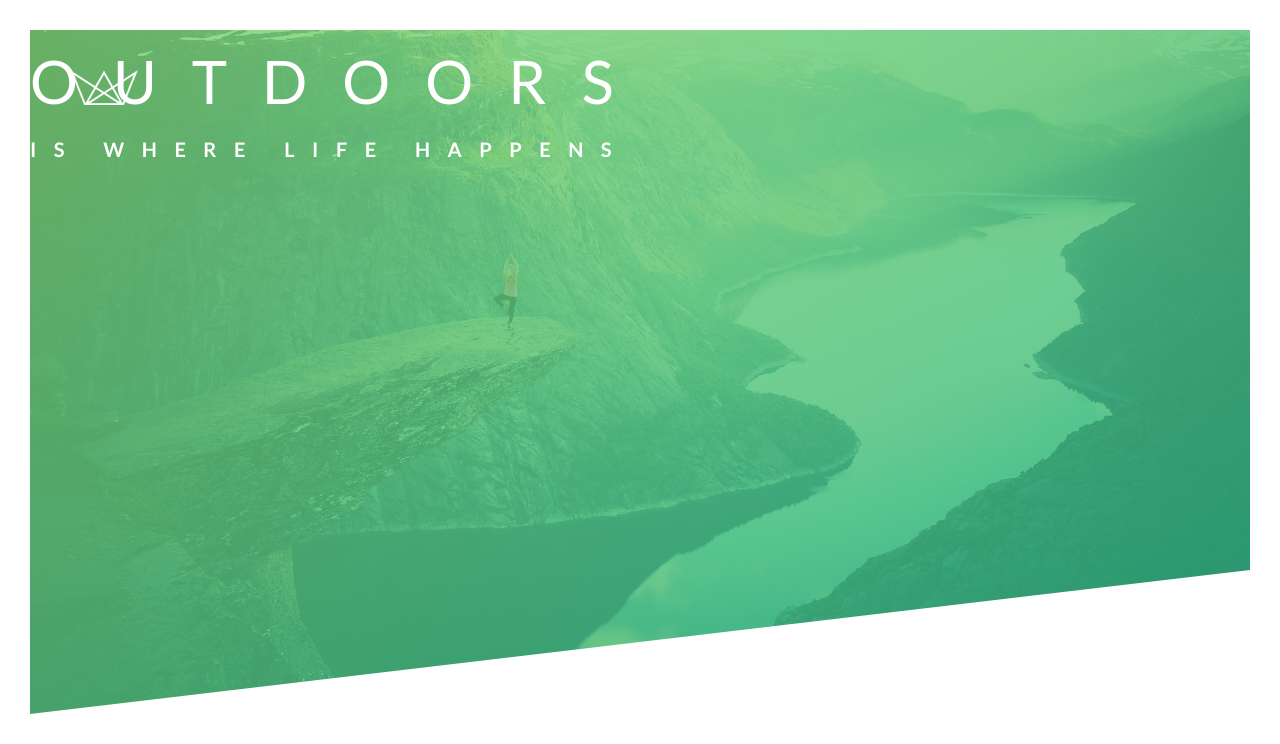
Repository: kamilluc/advanced-css-course
Page: Natours/my-implementation/index.html
These files come from the project's save history. The page is drawn as it stood at one moment and after the next save; the edit follows.
The browser window is 1280 px wide. The pictures show the whole page.

Above is the page before, as saved 2019-05-24 21:25:10.

### Natours/my-implementation/index.html
<!DOCTYPE html>
<html lang="en">
  <head>
    <meta charset="UTF-8" />
    <meta name="viewport" content="width=device-width, initial-scale=1.0" />

    <link
      href="https://fonts.googleapis.com/css?family=Lato:100,300,400,700,900"
      rel="stylesheet"
    />

    <link rel="stylesheet" href="css/icon-font.css" />
    <link rel="stylesheet" href="css/style.css" />
    <link rel="shortcut icon" type="image/png" href="img/favicon.png" />

    <title>Natours | Exciting tours for adventurous people</title>
  </head>
  <body>
    <!-- HEADER -->
    <header class="header">
      <div class="logo-box">
        <img src="img/logo-white.png" alt="logo" class="logo" />
      </div>
      <h1 class="heading-primary">
        <span class="heading-primary-main">Outdoors</span>
        <span class="heading-primary-sub">is where life happens</span>
      </h1>
    </header>
  </body>
</html>

### Natours/my-implementation/css/style.css
/*
COLORS:

Light green: #7ed56f
Medium green: #55c57a
Dark green: #28b485

*/

/* BASIC RESET, NORMALIZE COULD BE USED BUT NOT REALLY NEEDED */
*,
::before,
::after {
  margin: 0;
  padding: 0;
  box-sizing: border-box;
}

/* FONTS SETTING HERE, NOT IN * CUZ THEY ARE INHERITED */
body {
  font-family: "Lato", sans-serif;
  font-weight: 400;
  font-size: 16px;
  line-height: 1.7;
  color: #777;
  padding: 30px;
}

.header {
  height: 95vh;
  background-image: linear-gradient(
      to right bottom,
      rgba(126, 213, 111, 0.8),
      rgba(40, 180, 131, 0.8)
    ),
    url("../img/hero.jpg");
  background-size: cover;
  background-position: top;
  clip-path: polygon(0 0, 100% 0, 100% 75vh, 0 100%);
  /* AA 4CHROME */
  -webkit-backface-visibility: hidden;
  position: relative;
}

.logo-box {
  position: absolute;
  top: 40px;
  left: 40px;
}

.logo {
  height: 35px;
}
.text-box {
  display: flex;
  justify-content: center;
  align-content: center;
}
.heading-primary {
  color: white;
  text-transform: uppercase;
}
.heading-primary-main {
  display: block;
  font-size: 60px;
  font-weight: 400;
  letter-spacing: 35px;
}
.heading-primary-sub {
  display: block;
  font-size: 20px;
  font-weight: 700;
  letter-spacing: 17.5px;
}

Loaded but not shown: Natours/my-implementation/css/icon-font.css (no copy from this time; the picture is the same without it)

After the next save:
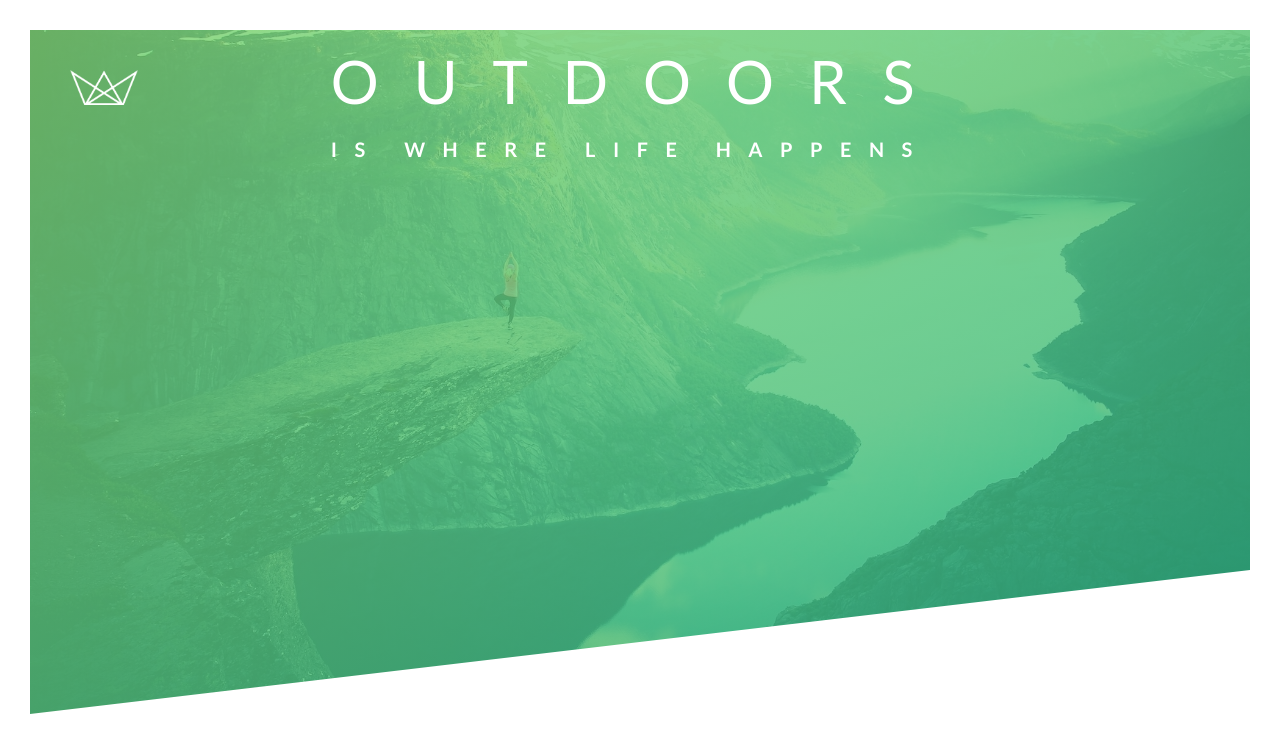
Saved 1 s later.
--- a/Natours/my-implementation/index.html
+++ b/Natours/my-implementation/index.html
@@ -21,10 +21,12 @@
       <div class="logo-box">
         <img src="img/logo-white.png" alt="logo" class="logo" />
       </div>
-      <h1 class="heading-primary">
-        <span class="heading-primary-main">Outdoors</span>
-        <span class="heading-primary-sub">is where life happens</span>
-      </h1>
+      <div class="text-box">
+        <h1 class="heading-primary">
+          <span class="heading-primary-main">Outdoors</span>
+          <span class="heading-primary-sub">is where life happens</span>
+        </h1>
+      </div>
     </header>
   </body>
 </html>

After the 5 saves that followed:
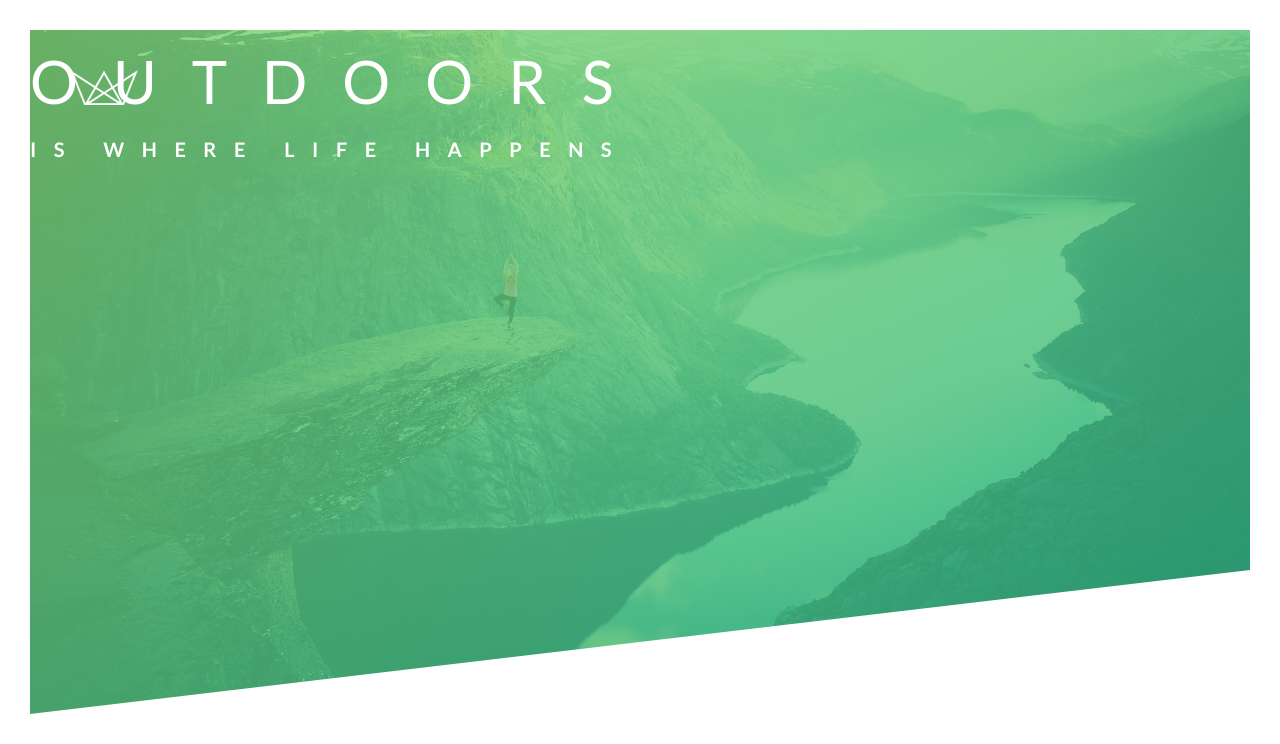
The 5 saves are shown as one change because 1 left the picture as it was and some came seconds apart.
The last was saved 53 s later.
--- a/Natours/my-implementation/css/style.css
+++ b/Natours/my-implementation/css/style.css
@@ -40,6 +40,7 @@ body {
   /* AA 4CHROME */
   -webkit-backface-visibility: hidden;
   position: relative;
+  display: flex;
 }
 
 .logo-box {
